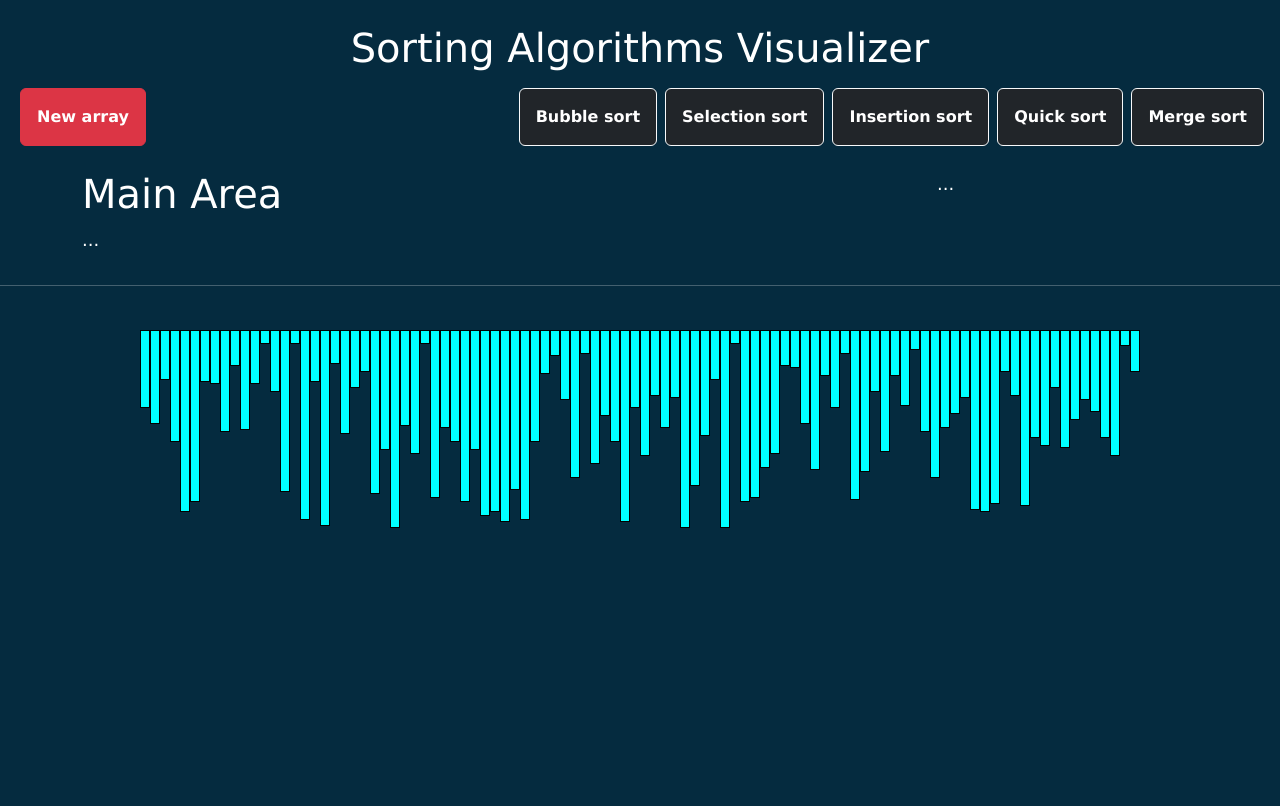
Repository: Vasil1001/Sorting-Algorithms-Visualizer-js
Page: views/index.html
The author's editor kept a copy of each file at every save. The page is drawn from the files as they stood at one save, then again after the next save.
The browser window is 1280 px wide. The pictures show the whole page.

Above is the page before, as saved 2022-11-03 17:46:06.

### views/index.html
<!doctype html>
<html lang="en">

<head>
  <meta charset="utf-8">
  <meta name="viewport" content="width=device-width, initial-scale=1">

  <title>Sorting Algorithms Visualizer</title>

  <!-- Import css & bootstrap-->
  <link href="https://cdn.jsdelivr.net/npm/bootstrap@5.2.2/dist/css/bootstrap.min.css" rel="stylesheet"
    integrity="sha384-Zenh87qX5JnK2Jl0vWa8Ck2rdkQ2Bzep5IDxbcnCeuOxjzrPF/et3URy9Bv1WTRi" crossorigin="anonymous">
  <link rel="stylesheet" href="/css/base.css">

</head>

<header>
  <h1 align="center" class="mt-4">Sorting Algorithms Visualizer</h1>


  <nav class="navbar navbar-expand-lg">

    <div class="container-fluid">
      <button type="button" class="btn btn-danger mx-2 p-3 " id="new_array" style="color: white;"><b>New
          array </b>
      </button>
      <ul class="navbar-nav">
        <li class="nav-item">
          <button type="button" class="btn btn-dark border-light mx-1 p-3 " id="bubble_sort" style="color: white;"><b>Bubble
              sort</b> </button>
        </li>
        <li class="nav-item">
          <button type="button" class="btn btn-dark border-light mx-1 p-3 " id="selection_sort"
            style="color: rgb(255, 255, 255);">
            <b>Selection sort</b></button>
        </li>
        <li class="nav-item">
          <button type="button" class="btn btn-dark border-light mx-1 p-3 " id="insertion_sort" style="color: white;">
            <b>Insertion sort</b></button>
        </li>
        <li class="nav-item">
          <button type="button" class="btn btn-dark border-light mx-1 p-3 " id="quick_sort" style="color: white;">
            <b>Quick sort</b></button>
        </li>
        <li class="nav-item">
          <button type="button" class="btn btn-dark border-light mx-1 p-3 " id="merge_sort"> <b>Merge sort</b></button>
        </li>

      </ul>
    </div>
  </nav>
</header>

<body>

  <div class="container">
    <div class="row py-3">
        <div class="col-3 order-2" id="sticky-sidebar">
            <div class="sticky-top">
                ...
            </div>
        </div>
        <div class="col" id="main">
            <h1>Main Area</h1>
            ...
        </div>
    </div>
</div>
  <hr style="color: white;">

  <div id="bars" class="bars flex-container p-4"></div>


  <!-- Import css & bootstrap-->
  <script src="https://cdn.jsdelivr.net/npm/bootstrap@5.2.2/dist/js/bootstrap.bundle.min.js"
    integrity="sha384-OERcA2EqjJCMA+/3y+gxIOqMEjwtxJY7qPCqsdltbNJuaOe923+mo//f6V8Qbsw3"
    crossorigin="anonymous"></script>
  <script defer src="/sort_algos_js_files/index.js"></script>

</body>

</html>

### css/base.css
body {
    background-color: rgb(5, 43, 63);
    color:white;
    font-size: 18px;
    font-family: 'Lucida Sans', 'Lucida Sans Regular', 'Lucida Grande', 'Lucida Sans Unicode', Geneva, Verdana, sans-serif;
}
.flex-container{
    margin-top: 20px;
    display: flex;
    flex-wrap: nowrap;
    width: 100%;
    height: 500px;
    justify-content: center;
    transition: 2s all ease;
}

.flex-item{
    background: cyan;
    border: 1pt solid black;
    width: 10px;
    transition: 0.1s all ease;
}

### sort_algos_js_files/index.js
let random_array_100 = [];
createBarArray();


function createBarArray() {
    // Array to store randomly generated numbers
    random_array_100 = [];
    var numberOfBars = 0;
    let l = 100;

    // get a random number and add it to the array until there are 100 in array
    for (numberOfBars = 0; numberOfBars < l; numberOfBars++) {
        random_array_100.push(Math.round(Math.random() * l));
    }
    // print 100 random numbers of the array
    console.log(random_array_100);


     // select the div #bars element
     const bars = document.querySelector("#bars");
    // make bars with height from random array numbers
    for (let i = 0; i < random_array_100.length; i++) {
        // const para = document.createElement("div");
        // para.innerText = random_array_100[i];
        // document.body.appendChild(para);

        // create div bar for each number in the array
        const bar = document.createElement("div");
        bar.style.height = `${random_array_100[i]*2}px`;
        bar.classList.add('bar');
        bar.classList.add('flex-item');
        bar.classList.add(`barNo${i}`);
        bars.appendChild(bar);
    }
}

After the next save:
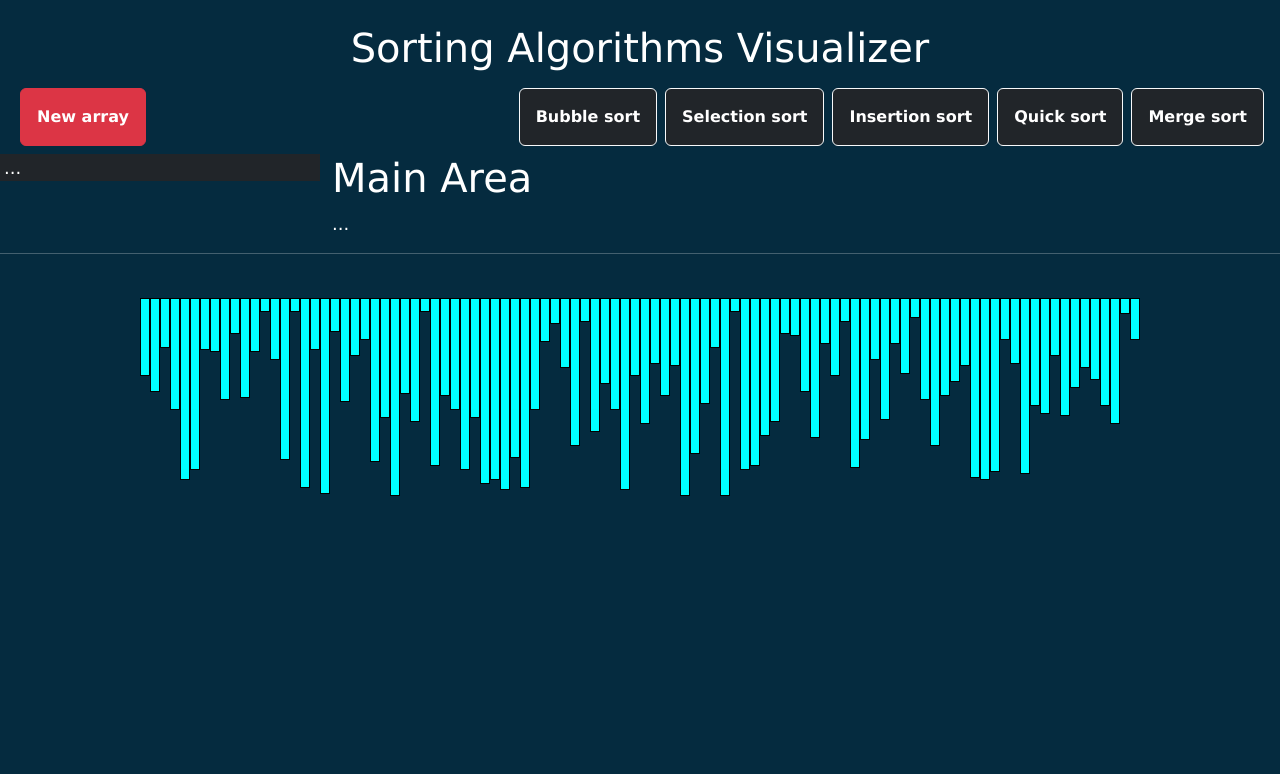
Saved 67 s later.
--- a/views/index.html
+++ b/views/index.html
@@ -53,14 +53,12 @@
 
 <body>
 
-  <div class="container">
-    <div class="row py-3">
-        <div class="col-3 order-2" id="sticky-sidebar">
-            <div class="sticky-top">
-                ...
-            </div>
+  <div class="container-fluid">
+    <div class="row">
+        <div class="col-3 px-1 bg-dark position-fixed" id="sticky-sidebar">
+            ...
         </div>
-        <div class="col" id="main">
+        <div class="col offset-3" id="main">
             <h1>Main Area</h1>
             ...
         </div>

After the save that followed:
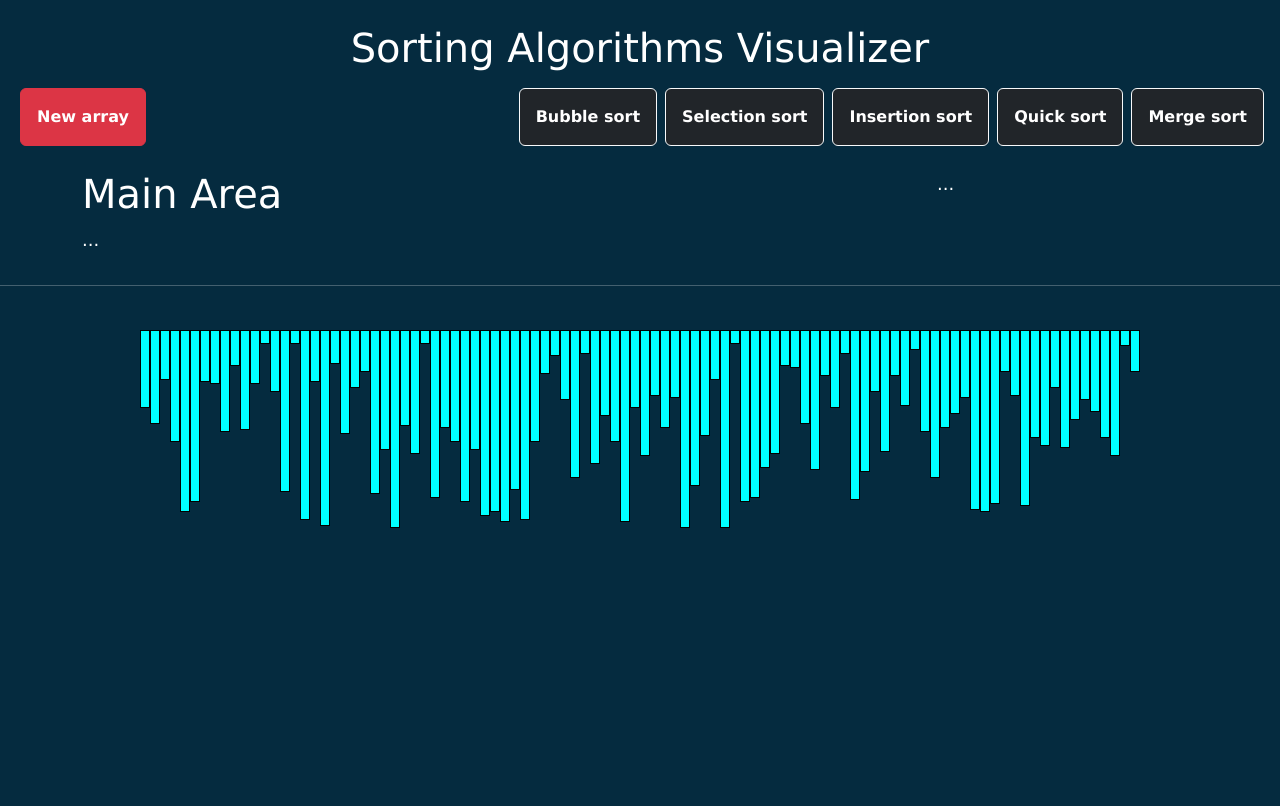
Saved 4 s later.
--- a/views/index.html
+++ b/views/index.html
@@ -53,12 +53,14 @@
 
 <body>
 
-  <div class="container-fluid">
-    <div class="row">
-        <div class="col-3 px-1 bg-dark position-fixed" id="sticky-sidebar">
-            ...
+  <div class="container">
+    <div class="row py-3">
+        <div class="col-3 order-2" id="sticky-sidebar">
+            <div class="sticky-top">
+                ...
+            </div>
         </div>
-        <div class="col offset-3" id="main">
+        <div class="col" id="main">
             <h1>Main Area</h1>
             ...
         </div>
